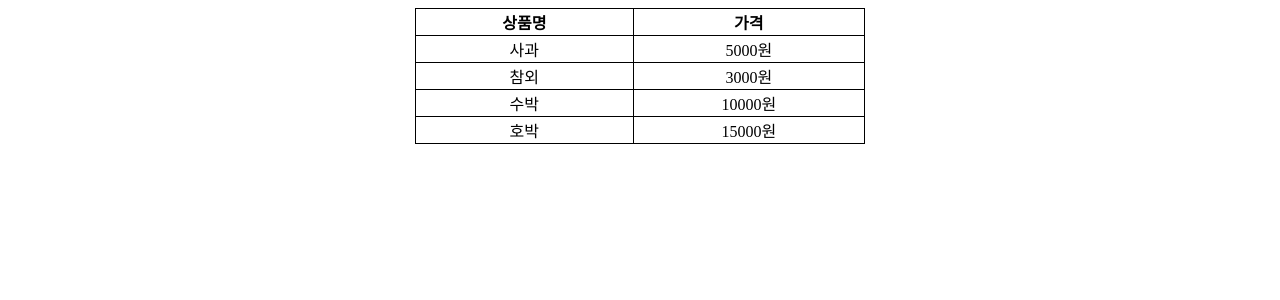
Repository: guswnsdldl/gb
Page: html workspace/f_table/src/main/webapp/table01-task.html
These files come from the project's save history. The page is drawn as it stood at one moment and after the next save; the edit follows.
The browser window is 1280 px wide. The pictures show the whole page.

Above is the page before, as saved 2024-08-06 02:33:36.

### html workspace/f_table/src/main/webapp/table01-task.html
<!DOCTYPE html>
<html>
<head>
<meta charset="UTF-8">
<title>테이블 태그 실습 01</title>
<style>
   table, tr, td, th {
      text-align: center;
      width: 450px;
      margin: 0 auto;
      border: 1px solid black;
      border-collapse: collapse;
   }
</style>
</head>
<body>
<!--
상품명, 가격을 나타내는 표를 만든다.
총 4개의 상품이 존재한다.
 -->
 <table>
      <tr>
         <th>상품명</th>
         <th>가격</th>
      </tr>
      <tr>
   <a href="http://www.naver.com">      <td>사과</td> </a>
         <td>5000원</td>
      </tr>
      <tr>
         <td>참외</td>
         <td>3000원</td>
      </tr>
      <tr>
         <td>수박</td>
         <td>10000원</td>
      </tr>
      <tr>
         <td>호박</td>
         <td>15000원</td>
      </tr>
   </table>
</body>
</html>

After the next save:
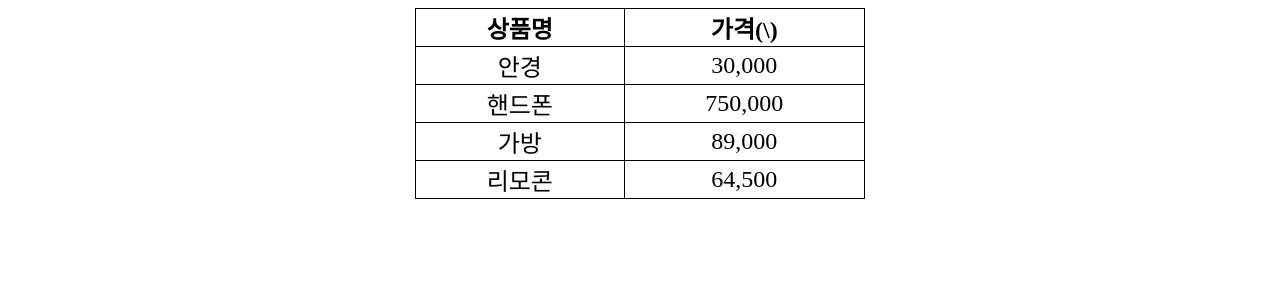
Saved 4 min 38 s later.
--- a/html workspace/f_table/src/main/webapp/table01-task.html
+++ b/html workspace/f_table/src/main/webapp/table01-task.html
@@ -10,35 +10,37 @@
       margin: 0 auto;
       border: 1px solid black;
       border-collapse: collapse;
+      font-size: 1.5rem;
    }
 </style>
 </head>
 <body>
-<!--
-상품명, 가격을 나타내는 표를 만든다.
-총 4개의 상품이 존재한다.
- -->
- <table>
+   <!--
+      상품명, 가격을 나타내는 표를 만든다.
+      총 4개의 상품이 존재한다.
+   -->
+   <table>
       <tr>
          <th>상품명</th>
-         <th>가격</th>
+         <th>가격(\)</th>
       </tr>
       <tr>
-   <a href="http://www.naver.com">      <td>사과</td> </a>
-         <td>5000원</td>
+         <td>안경</td>
+         <td>30,000</td>
       </tr>
       <tr>
-         <td>참외</td>
-         <td>3000원</td>
+         <td>핸드폰</td>
+         <td>750,000</td>
       </tr>
       <tr>
-         <td>수박</td>
-         <td>10000원</td>
+         <td>가방</td>
+         <td>89,000</td>
       </tr>
       <tr>
-         <td>호박</td>
-         <td>15000원</td>
+         <td>리모콘</td>
+         <td>64,500</td>
       </tr>
+
    </table>
 </body>
 </html>
